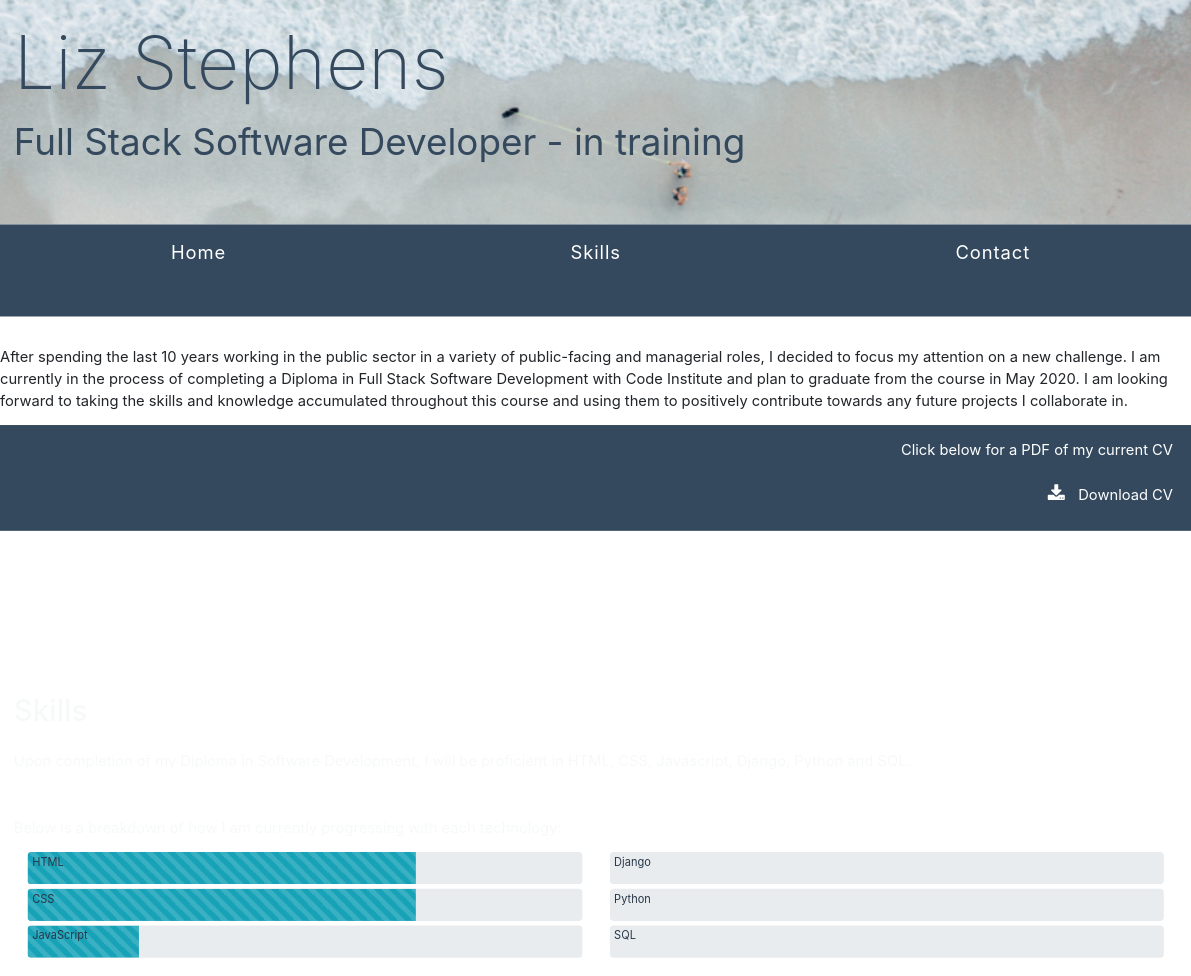
Repository: Liz94688/portfolio-site
Page: skills.html
The author's editor kept a record of every edit. The page is drawn from the files as they stood at one moment, then again after the next edit.
The browser window is 1280 px wide. The page is 1295 px wide, so the pictures cover 1295 px, including what lies to the right of the window. The pictures show the whole page, at 92% of full size.

Above is the page before.

### skills.html
<!DOCTYPE html>
<html lang="en">

<head>
    <meta charset="UTF-8">
    <meta name="viewport" content="width=device-width, initial-scale=1.0">
    <meta http-equiv="X-UA-Compatible" content="ie=edge">
    <link rel="stylesheet" href="https://stackpath.bootstrapcdn.com/bootstrap/4.3.1/css/bootstrap.min.css" type="text/css" />
    <link rel="stylesheet" href="https://stackpath.bootstrapcdn.com/font-awesome/4.7.0/css/font-awesome.min.css" type="text/css" />
    <link rel="stylesheet" href="assets/css/style.css" type="text/css" />
    <title>Liz Stephens Portfolio - Full Stack Web Developer</title>
</head>

<body>
    <header>
        <div class="row header-image">
            <div class="col">
                <h1 class="header-name">Liz Stephens</h1>
                <h2 class="header-title">Full Stack Software Developer - in training</h2>
            </div>
        </div>

        <div class="row header-nav">
            <div class="col">
                <ul id="nav" class="list-inline header-nav-container">
                    <li class="col-sm-4 header-nav-color-home header-nav-item list-inline-item">
                        <a href="#"><span>Home</span></a>
                    </li>
                    <li class="col-sm-4 header-nav-color-skills header-nav-item list-inline-item">
                        <a href="#"><span>Skills</span></a>
                    </li>
                    <li class="col-sm-4 header-nav-color-contact header-nav-item list-inline-item">
                        <a href="#"><span>Contact</span></a>
                    </li>
                </ul>
            </div>
        </div>
        </div>
    </header>
    <section>





        After spending the last 10 years working in the public sector in a variety of public-facing and managerial roles, I decided to focus my attention on a new challenge. I am currently in the process of completing a Diploma in Full Stack Software Development
        with Code Institute and plan to graduate from the course in May 2020. I am looking forward to taking the skills and knowledge accumulated throughout this course and using them to positively contribute towards any future projects I collaborate
        in.



    </section>
    <footer>
        <div class="row footer-nav">
            <div class="col footer-nav-item">
                <p>Click below for a PDF of my current CV</p>
                <a href="./assets/Liz_CV.pdf" target="_blank"><i class="fa fa-download" aria-hidden="true"></i><span> Download CV </span></a>
            </div>
        </div>
    </footer>
</body>

</html>


<!--*****Skills*****-->
<section id="skills-intro ">
    <div class="container-fluid ">
        <div class="row ">
            <h2 class="skills-title ">
                Skills
            </h2>
        </div>
        <div class="row ">
            <p class="skills-progression ">Upon completion of my Diploma in Software Development, I will be proficient in HTML, CSS, Javascript, Django, Python and SQL.</p>
            <br>
            <br>
            <br>
            <p class="skills-progression ">Below is a breakdown of how I am currently progressing with each technology:</p>
        </div>
        <div class="row progress-bars ">
            <div class="col-sm-12 col-md-6 ">
                <div class="progress ">
                    <div class="progress-bar-animated progress-bar-striped bg-info " role="progressbar " style="width: 70% " aria-valuenow="70 " aria-valuemin="0 " aria-valuemax="100 ">
                        <span class="sr-only ">70% complete</span>
                    </div>
                    <span class="progress-type ">HTML</span>
                </div>
                <div class="progress ">
                    <div class="progress-bar-animated progress-bar-striped bg-info " role="progressbar " style="width: 70% " aria-valuenow="70 " aria-valuemin="0 " aria-valuemax="100 ">
                        <span class="sr-only ">70% complete</span>
                    </div>
                    <span class="progress-type ">CSS</span>
                </div>
                <div class="progress ">
                    <div class="progress-bar-animated progress-bar-striped bg-info " role="progressbar " style="width: 20% " aria-valuenow="20 " aria-valuemin="0 " aria-valuemax="100 ">
                        <span class="sr-only ">20% complete</span>
                    </div>
                    <span class="progress-type ">JavaScript</span>
                </div>
            </div>
            <div class="col-sm-12 col-md-6 ">
                <div class="progress ">
                    <div class="progress-bar-animated progress-bar-striped bg-info " role="progressbar " style="width: 0% " aria-valuenow="0 " aria-valuemin="0 " aria-valuemax="100 ">
                        <span class="sr-only ">0% complete</span>
                    </div>
                    <span class="progress-type ">Django</span>
                </div>
                <div class="progress ">
                    <div class="progress-bar-animated progress-bar-striped bg-info " role="progressbar " style="width: 0% " aria-valuenow="0 " aria-valuemin="0 " aria-valuemax="100 ">
                        <span class="sr-only ">0% complete</span>
                    </div>
                    <span class="progress-type ">Python</span>
                </div>
                <div class="progress ">
                    <div class="progress-bar-animated progress-bar-striped bg-info " role="progressbar " style="width: 0% " aria-valuenow="0 " aria-valuemin="0 " aria-valuemax="100 ">
                        <span class="sr-only ">0% complete</span>
                    </div>
                    <span class="progress-type ">SQL</span>
                </div>
            </div>
        </div>
    </div>
</section>

### assets/css/style.css
@import url('https://fonts.googleapis.com/css?family=Montserrat&display=swap:100,200,300,400,500,600,700');

/*------------------------------Header*/

header {
    margin: 0;
}

.header-image {
    background-image: url('../images/welcome-view.jpg');
    background-position: center;
    background-repeat: no-repeat;
    background-size: cover;
    min-height: 240px;
    transition: all .5s ease-in-out;
    -moz-transition: all .5s ease-in-out;
    -webkit-transition: all .5s ease-in-out;
}

.header-name {
    font-weight: 200;
    font-size: 80px;
    color: #34495E;
    margin-top: 20px;
    padding-left: 15px;
}

.header-title {
    font-weight: 400;
    font-size: 40px;
    color: #34495E;
    margin-top: 15px;
    margin-bottom: 50px;
    padding-left: 15px;
}

/*------------------------------Header-Nav*/

.col {
    padding: 0;
}

ul {
    background-color: #34495E;
}

li a {
    color: #fff;
    padding: 0;
    text-decoration: none;
}

.list-inline-item:not(:last-child) {
    margin: 0;
}

.header-nav-container {
    font-size: 0;
}

#nav li {
    padding: 0;
}

.header-nav-item {
    height: 100px;
    text-align: center;
}

.header-nav-item a {
    width: 100%;
    text-decoration: none;
    color: #fff;
}

.header-nav-item span {
    display: block;
    padding-top: 15px;
    font-size: 20px;
    letter-spacing: 1px;
}

.header-nav-color-home:hover {
    background-color: #2980B9;
}

.header-nav-color-skills:hover {
    background-color: #1ABC9C;
}

.header-nav-color-contact:hover {
    background-color: #EC7063;
}

.header-nav-color-home.active {
    background-color: #2980B9;
}

.header-nav-color-skills.active {
    background-color: #1ABC9C;
}

.header-nav-color-contact.active {
    background-color: #EC7063;
}

/*----------About Me----------*/

/*----------Skills----------*/

#skills-intro {
    background-color: #393938;
    background-size: cover;
    height: 100vh;
    width: 100vw;
    margin-bottom: 0px;
    margin-top: 0px;
}

.container {
    margin: 0;
}

.skills-title {
    padding-top: 10%;
    color: #F7F9F9;
}

.skills-progression {
    margin: 0;
    color: #F7F9F9;
}

.row {
    padding-left: 15px;
    padding-bottom: 15px;
    color: #283747
}

.progress {
    position: relative;
    height: 35px;
    margin-bottom: 5px;
}

.progress-type {
    position: absolute;
    color: #283747;
    left: 0px;
    padding: 2px 30px 2px 5px;
}

/*----------Contact----------*/

/*----------Footer----------*/

footer {
    min-height: 100px;
    margin: 0;
}

.footer-nav {
    background-color: #34495E;
    margin-top: 15px;
    margin-bottom: 50px;
}

.footer-nav-item {
    height: 100px;
    text-align: right;
    padding: 15px 20px;
    color: #fff;
}

.footer-nav-item a {
    text-decoration: none;
    color: #fff;
}

.footer-nav-item a i {
    font-size: 20px;
    padding: 10px;
}

After the next edit:
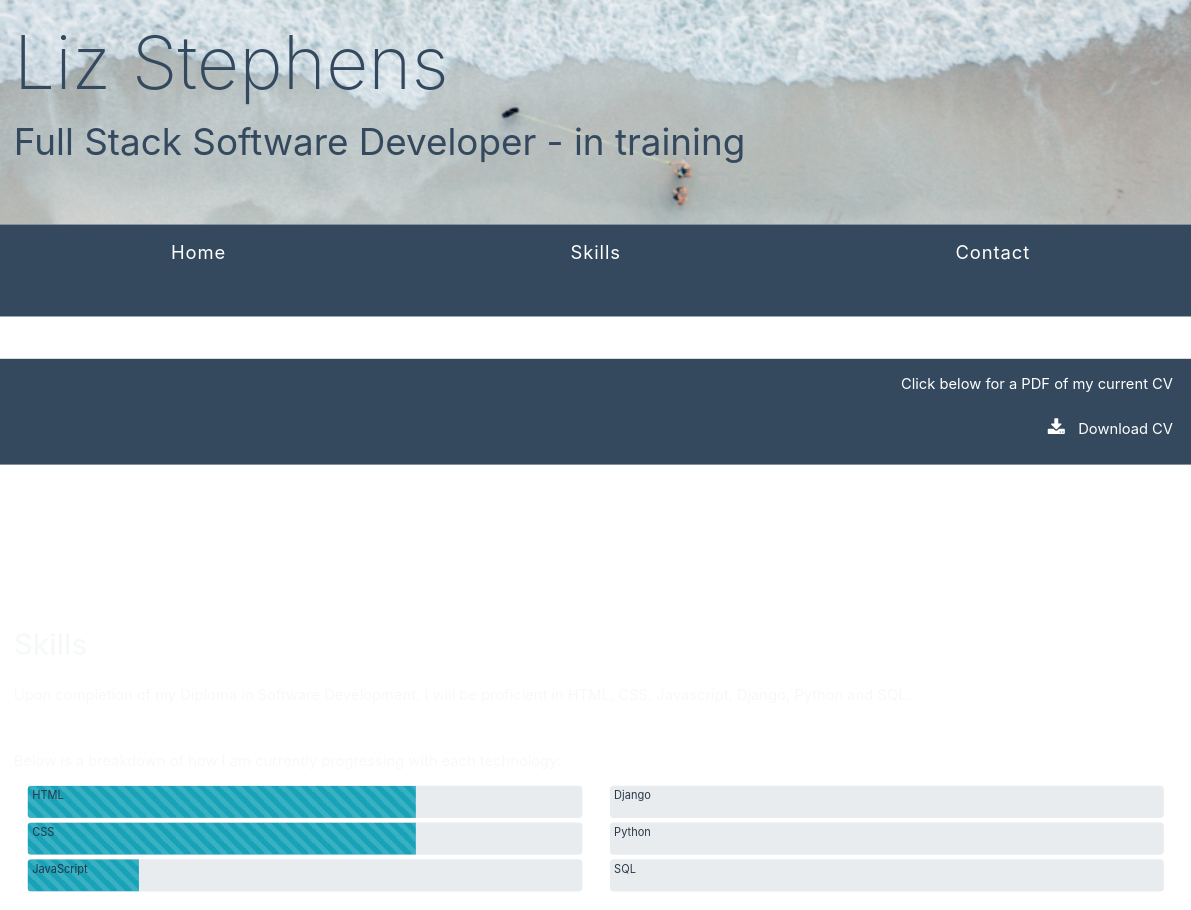
The edit:
--- a/skills.html
+++ b/skills.html
@@ -38,16 +38,6 @@
         </div>
     </header>
     <section>
-
-
-
-
-
-        After spending the last 10 years working in the public sector in a variety of public-facing and managerial roles, I decided to focus my attention on a new challenge. I am currently in the process of completing a Diploma in Full Stack Software Development
-        with Code Institute and plan to graduate from the course in May 2020. I am looking forward to taking the skills and knowledge accumulated throughout this course and using them to positively contribute towards any future projects I collaborate
-        in.
-
-
 
     </section>
     <footer>
